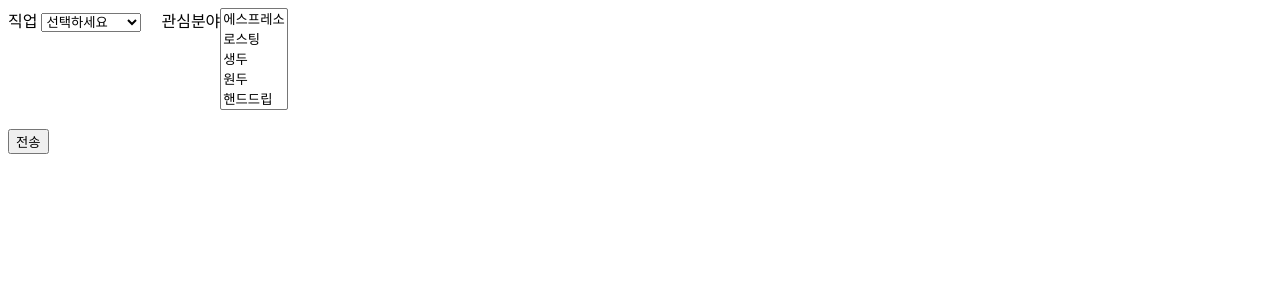
Repository: sinaboro/Jsp_202403
Page: http://localhost/web-study-02/10_select.jsp
These files come from the project's save history. The page is drawn as it stood at one moment and after the next save; the edit follows.
The browser window is 1280 px wide. The pictures show the whole page.
The page is served by Tomcat 9.

Above is the page before, as saved 2024-02-29 04:01:46.

After the next save:
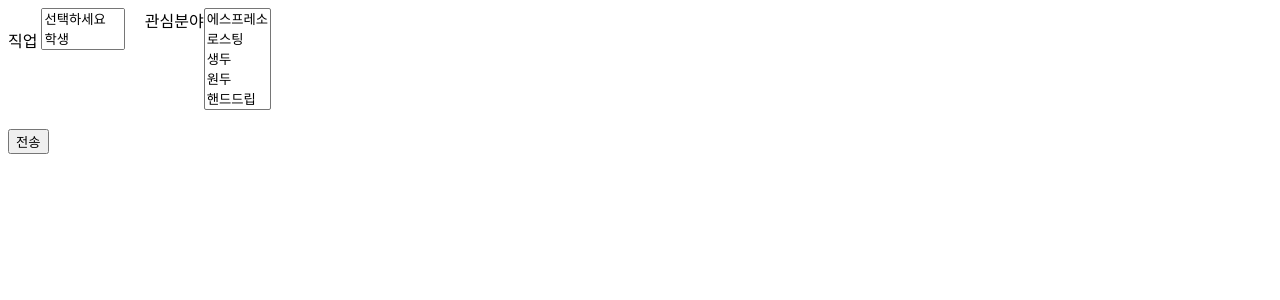
Saved 33 s later.
--- a/web-study-02/src/main/webapp/10_select.jsp
+++ b/web-study-02/src/main/webapp/10_select.jsp
@@ -10,7 +10,7 @@
 	<form method="get" action="SelectServlet">
 		<span style="float: left; margin-right: 20px">
 			<label for="job">직업</label>
-			<select id="job" name="job" size="1">
+			<select id="job" name="job" size="2">
 				<option value="">선택하세요</option>
 				<option value="학생">학생</option>
 				<option value="컴퓨터/인터넷">컴퓨터/인터넷</option>

After the save that followed:
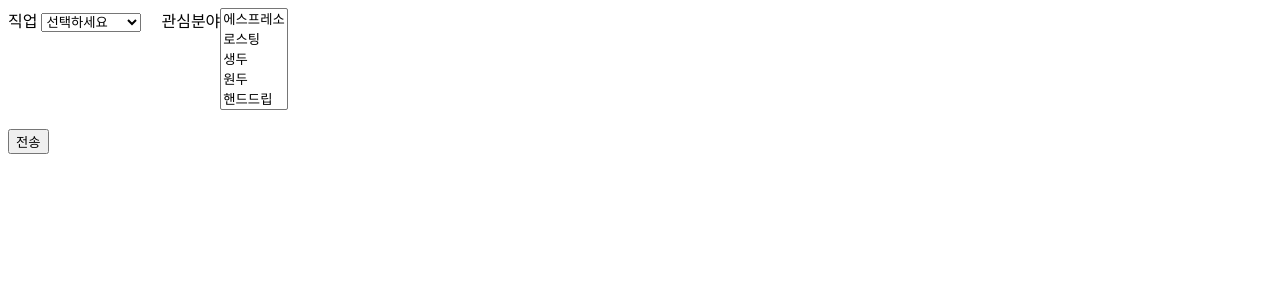
Saved 17 s later.
--- a/web-study-02/src/main/webapp/10_select.jsp
+++ b/web-study-02/src/main/webapp/10_select.jsp
@@ -10,7 +10,7 @@
 	<form method="get" action="SelectServlet">
 		<span style="float: left; margin-right: 20px">
 			<label for="job">직업</label>
-			<select id="job" name="job" size="2">
+			<select id="job" name="job" size="1">
 				<option value="">선택하세요</option>
 				<option value="학생">학생</option>
 				<option value="컴퓨터/인터넷">컴퓨터/인터넷</option>
